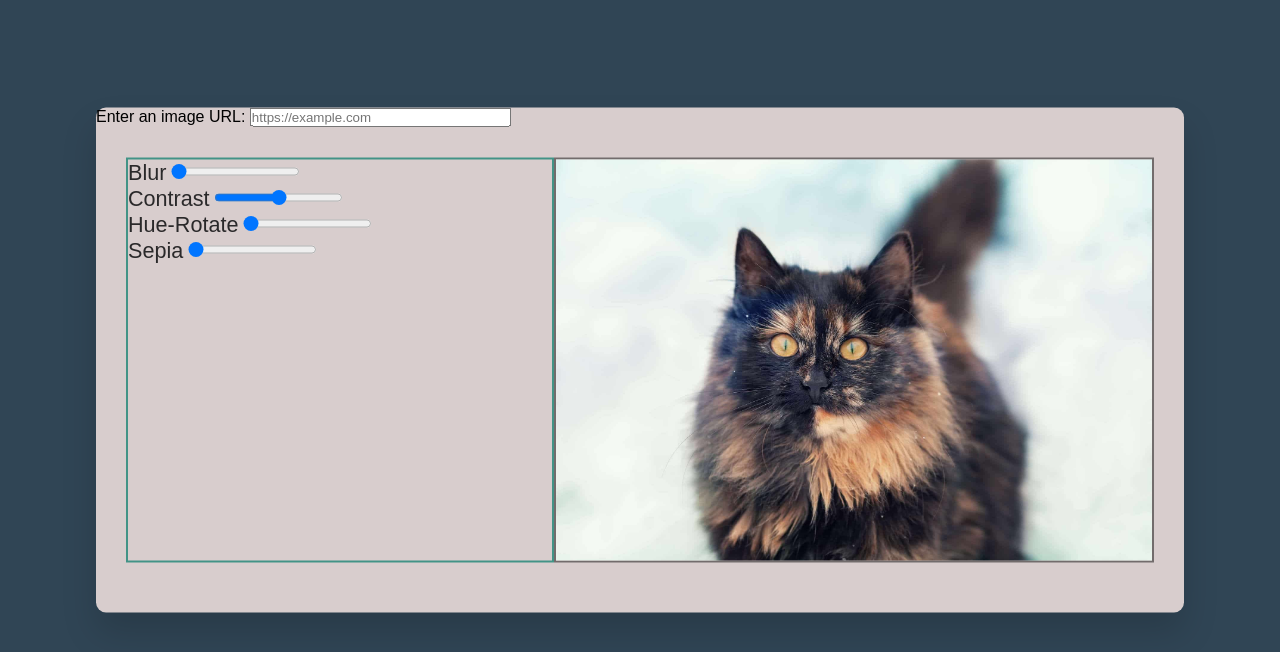
Repository: Larrowo/Challenges
Page: Photo filter/index.html
The author's editor kept a copy of each file at every save. The page is drawn from the files as they stood at one save, then again after the next save.
The browser window is 1280 px wide. The pictures show the whole page.

Above is the page before, as saved 2022-04-04 11:55:51.

### Photo filter/index.html
<!DOCTYPE html>
<html lang="en">
<head>
    <meta charset="UTF-8">
    <meta http-equiv="X-UA-Compatible" content="IE=edge">
    <meta name="viewport" content="width=device-width, initial-scale=1.0">
    <link rel="stylesheet" href="style.css">
    <script src="script.js" defer></script>

    <title>Document</title>
</head>
<body>
    <div class="wrapper">
        <div class="input-image">
            <label for="url">Enter an image URL:</label>
            <input type="url" name="url" id="url" placeholder="https://example.com" pattern="https://.*" size="30"required>
        </div>
        <div class="editor">
            <div class="filter">
                <label for="blur">Blur</label>
                <input type="range" min="0" max="5" value="0" step="0.1" id="blur">
            </div>
            <div class="filter">
                <label for="contrast">Contrast</label>
                <input type="range" min="0" max="200" value="100"  id="Contrast">
            </div>
            <div class="filter">
                <label for="Hue-rotate">Hue-Rotate</label>
                <input type="range" min="0" max="360" value="0"  id="Hue-rotate">
            </div>
            <div class="filter">
                <label for="Sepia">Sepia</label>
                <input type="range" min="0" max="100" value="0"  id="Sepia">
            </div>

        </div>
        <div class="results">
            <img src="tortoiseshell-cat-1.jpg" alt="Beautiful lady">

        </div>
    </div>
</body>
</html>

### Photo filter/style.css
*{
    padding: 0;
    margin: 0;
    box-sizing: border-box;
    font-family: "Rubik",sans-serif;
}

body{
    background-color: #304555;
}

    .input-image{
        position: absolute;
        text-align: center;
}

  .wrapper{
     width: 85vw;
     padding: 50px 30px;
     background-color: #d8cdcd;
     position: absolute;
     transform: translate(-50%,-50%);
     top: 50%;
     left: 50%;
     border-radius: 10px;
     box-shadow: 0 20px 35px rgba(0,0,0,0.15);
     display: grid;
     grid-template-columns: 5fr 7fr;
 }

 .editor{
     border: 2px solid rgba(56, 143, 129, 0.932);
     min-height: 35vmin;
     display: flex;
     flex-direction: column;
 }

 .editor label{
     font-size: 3vmin;
     color: #2a292a;
     font-weight: 100;
 }

 .results{
     border: 2px solid rgba(0, 0, 0, 0.473);
 }

 img {
    width: 100%; /* or any custom size */
    height: 100%;
    /* object-fit: contain; */
}

Loaded but not shown: Photo filter/script.js (no copy from this time; the picture is the same without it)

After the next save:
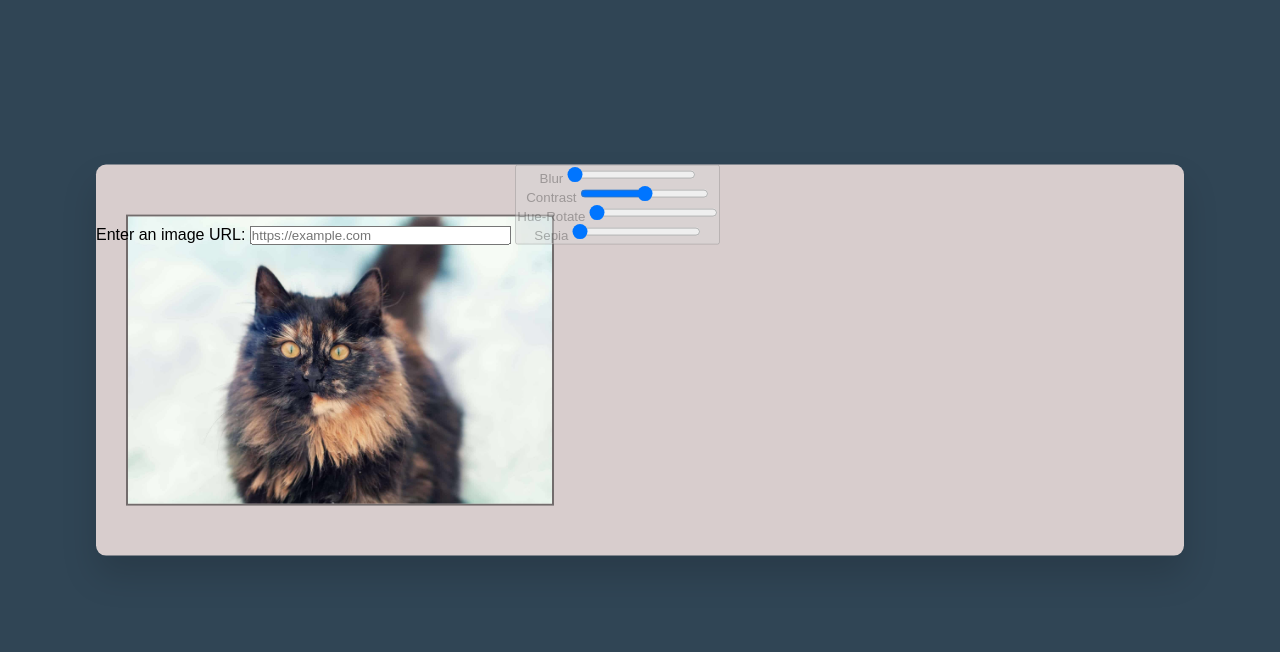
Saved 9 min 29 s later.
--- a/Photo filter/index.html
+++ b/Photo filter/index.html
@@ -14,6 +14,7 @@
         <div class="input-image">
             <label for="url">Enter an image URL:</label>
             <input type="url" name="url" id="url" placeholder="https://example.com" pattern="https://.*" size="30"required>
+            <button disabled="disab</button>
         </div>
         <div class="editor">
             <div class="filter">

After the save that followed:
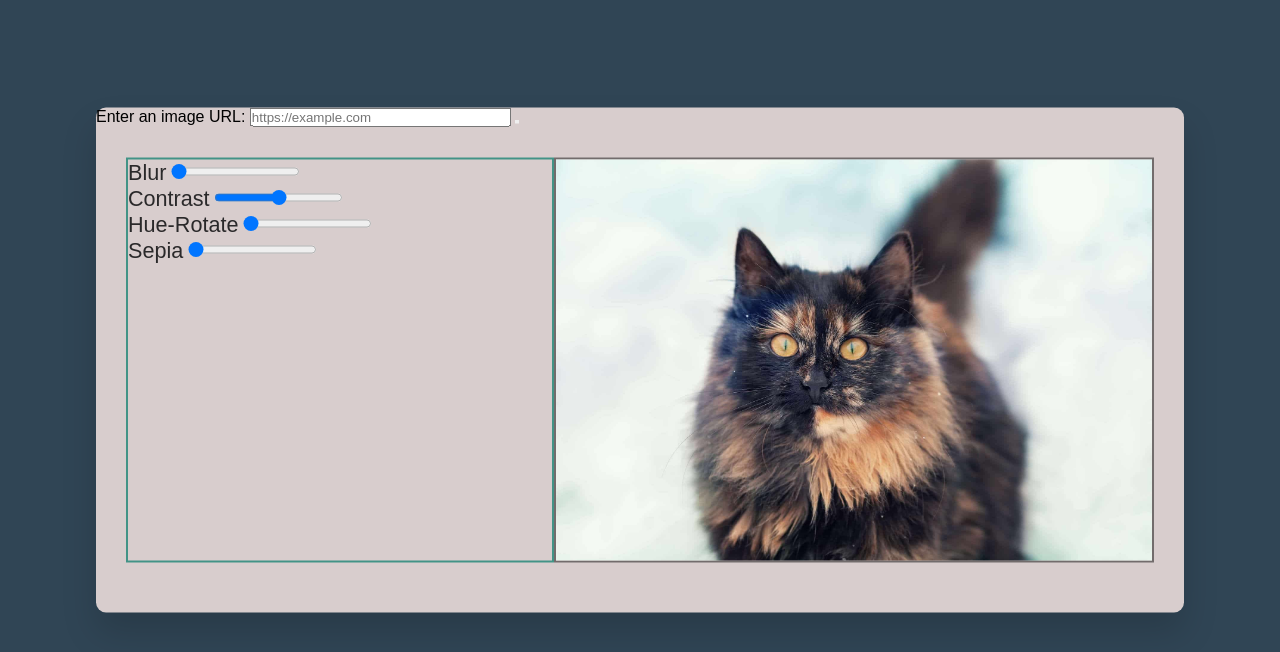
Saved 4 s later.
--- a/Photo filter/index.html
+++ b/Photo filter/index.html
@@ -14,7 +14,7 @@
         <div class="input-image">
             <label for="url">Enter an image URL:</label>
             <input type="url" name="url" id="url" placeholder="https://example.com" pattern="https://.*" size="30"required>
-            <button disabled="disab</button>
+            <button </button>
         </div>
         <div class="editor">
             <div class="filter">
